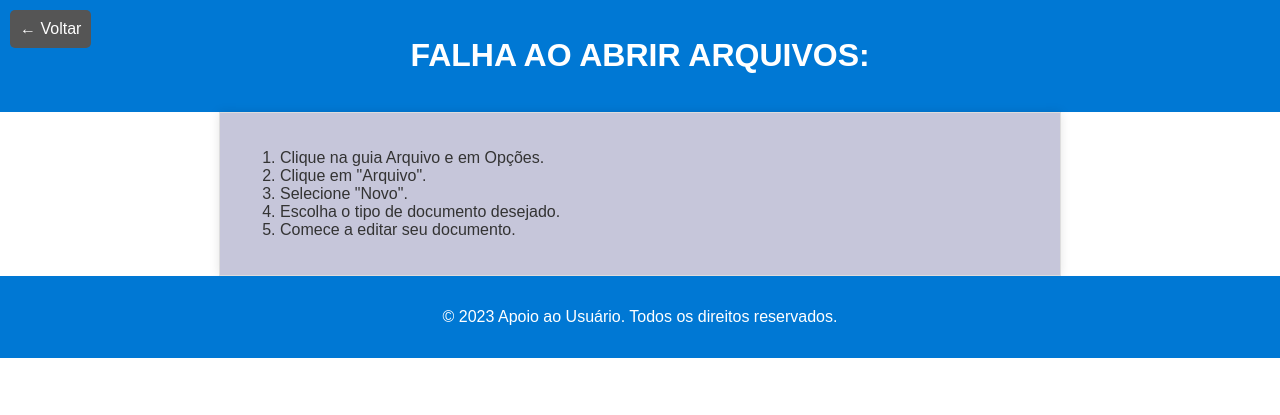
Repository: I4guito/dicasdez
Page: Dicas site/office365 tutoriais/excel tutoriais/falha ao abrir arquivos.html
The author's editor kept a copy of each file at every save. The page is drawn from the files as they stood at one save, then again after the next save.
The browser window is 1280 px wide. The pictures show the whole page.

Above is the page before, as saved 2023-12-07 15:23:13.

### Dicas site/office365 tutoriais/excel tutoriais/falha ao abrir arquivos.html
<!DOCTYPE html>
<html lang="pt-br">
<head>
    <meta charset="UTF-8">
    <meta name="viewport" content="width=device-width, initial-scale=1.0">
    <link rel="stylesheet" href="/Dicas site/office365 tutoriais/wordtutoriais/ztutor.css">
    <script src="/Dicas site/office365 tutoriais/wordtutoriais/tutors.js"></script>
    <title>Tutorial</title>
</head>
<body>
    <header>
        <a href="javascript:history.back()" class="voltar-btn">&#8592; Voltar</a>
        <h1>FALHA AO ABRIR ARQUIVOS:</h1>

    </header>

<div class="container">
    <section class="tutorial-content">


        <ol>
            <li>Clique na guia Arquivo e em Opções.</li>
            <li>Clique em "Arquivo".</li>
            <li>Selecione "Novo".</li>
            <li>Escolha o tipo de documento desejado.</li>
            <li>Comece a editar seu documento.</li>
        </ol>
    </section>
</div>

    <footer>
        <p>&copy; 2023 Apoio ao Usuário. Todos os direitos reservados.</p>
    </footer>
</body>
</html>

### Dicas site/office365 tutoriais/wordtutoriais/ztutor.css
body {
    font-family: 'Arial', sans-serif;
    margin: 0;
    padding: 0;
}

header {
    background-color: #0078D4;
    color: white;
    text-align: center;
    padding: 1rem;
}

header img {
    max-width: 100px;
    margin-top: 10px;
}

.container {
    max-width: 800px;
    margin: 0 auto;
    background-color: rgb(198, 198, 218);
    padding: 20px;
    box-shadow: 0 0 10px rgba(0, 0, 0, 0.1);
    border: 1px solid #ddd;
    color: #333;
}

.problems-list {
    max-width: 600px;
    margin: 20px auto;
    padding: 20px;
    border: 1px solid #ddd;
    border-radius: 5px;
}

.problems-list h2 {
    color: #0078D4;
}

.problems-list ul {
    list-style-type: none;
    padding: 0;
}

.problems-list li {
    margin: 10px 0;
    border-bottom: 1px solid #ddd;
    padding: 10px;
    background-color: #53616b;
}

.problems-list li:last-child {
    border-bottom: none; /
}

.problems-list a {
    text-decoration: none;
    color: #0078D4;
    transition: color 0.3s;
}

.problems-list a:hover {
    color: #004377;
}

footer {
    background-color: #0078D4;
    color: white;
    text-align: center;
    padding: 1rem;
}

.link-instrucoes {
    font-family:cursive;
    width: 50px;
    left: 10px;
    text-decoration: none;
    color: #fff;
    font-size: 25px;
    padding: 3px;
    background-color: #555;
    border: none;
    border-radius: 10px;
    cursor: pointer;
    transition:  background-color 0.3s;
}

.link-instrucoes:hover {
    background-color:#777
}


.voltar-btn {
    position: absolute;
    left: 10px;
    top: 10px;
    text-decoration: none;
    color: #fff;
    font-size: 16px;
    padding: 10px;
    background-color: #555;
    border: none;
    border-radius: 5px;
    cursor: pointer;
    transition: background-color 0.3s;
}

.voltar-btn:hover {
    background-color: #777;
}


.step {
    max-width: 800px;
    margin: 0 auto;
    background-color: #333;
    padding: 20px;
    box-shadow: 0 0 10px rgba(0, 0, 0, 0.1);
    border: 1px solid #ddd;
    color: #333;
    margin-bottom: 40px;
    padding: 20px;
    border-radius: 8px;
    box-shadow: 0 4px 8px rgba(0, 0, 0, 0.1);
}

### Dicas site/office365 tutoriais/wordtutoriais/tutors.js

const isOpera = navigator.userAgent.indexOf("OPR") > -1;


if (isOpera) {
  document.addEventListener("DOMContentLoaded", function () {
    document.querySelector("body").style.backgroundColor = "#005c4b";
    document.querySelector(".container").style.color = "#333";
    document.querySelector(".container").style.backgroundColor = "#006c6d";
  });
}

After the next save:
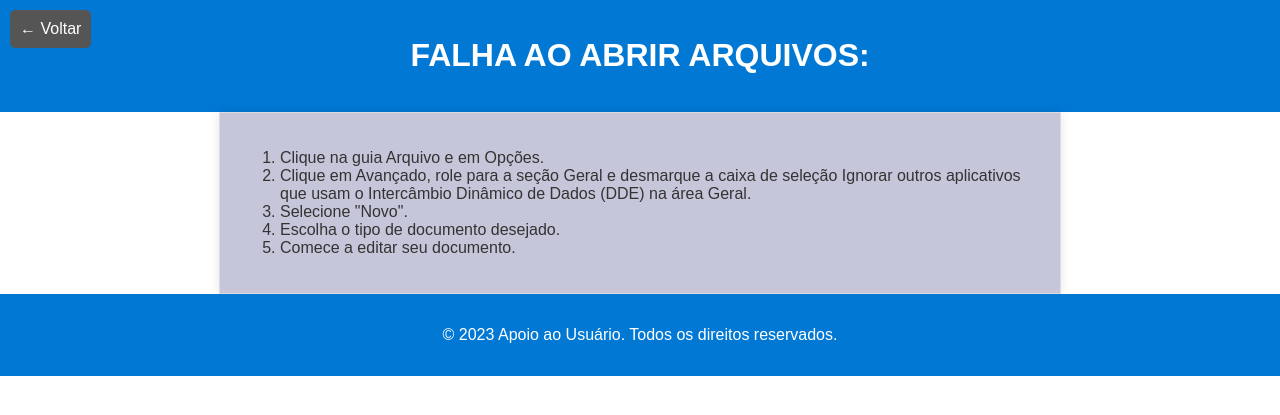
Saved 11 s later.
--- a/Dicas site/office365 tutoriais/excel tutoriais/falha ao abrir arquivos.html
+++ b/Dicas site/office365 tutoriais/excel tutoriais/falha ao abrir arquivos.html
@@ -20,7 +20,7 @@
 
         <ol>
             <li>Clique na guia Arquivo e em Opções.</li>
-            <li>Clique em "Arquivo".</li>
+            <li>Clique em Avançado, role para a seção Geral e desmarque a caixa de seleção Ignorar outros aplicativos que usam o Intercâmbio Dinâmico de Dados (DDE) na área Geral.</li>
             <li>Selecione "Novo".</li>
             <li>Escolha o tipo de documento desejado.</li>
             <li>Comece a editar seu documento.</li>
